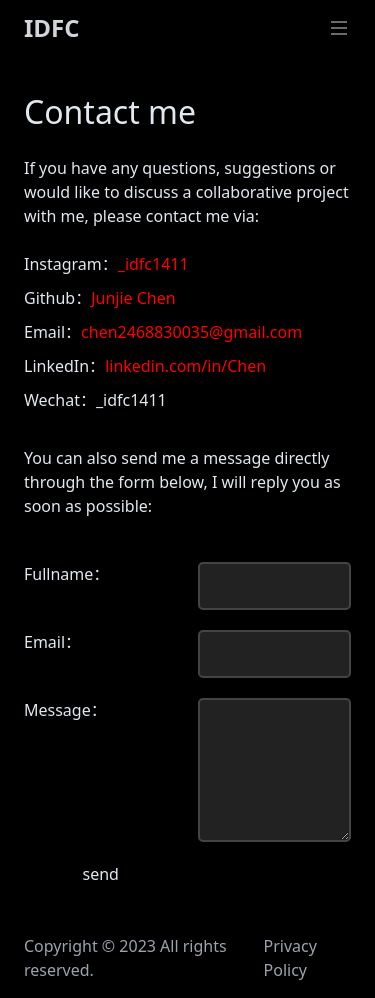
Repository: skybainiao/HackerStarter
Page: htmlFile/me.html
These files come from the project's save history. The page is drawn as it stood at one moment and after the next save; the edit follows.
The browser window is 375 px wide. The pictures show the whole page.

Above is the page before, as saved 2023-04-09 17:56:25.

After the next save:
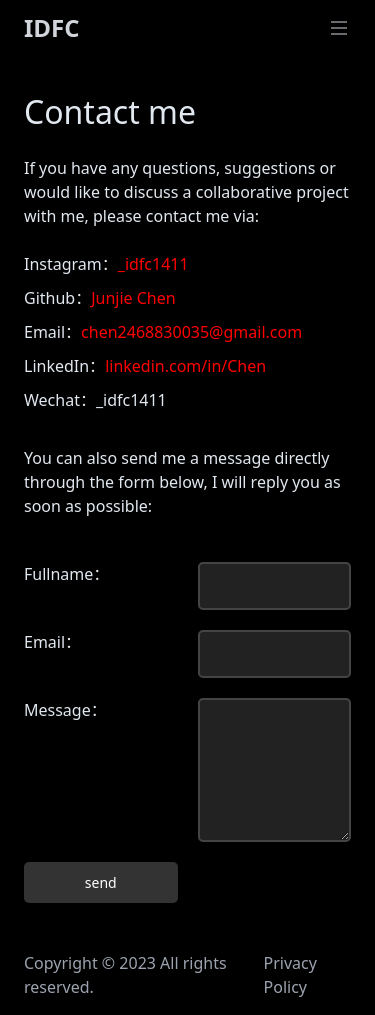
Saved 2 min 38 s later.
--- a/htmlFile/me.html
+++ b/htmlFile/me.html
@@ -79,6 +79,32 @@
 
 
   <style>
+
+/* 自定义按钮样式 */
+#send {
+    background-color: #333;
+    color: #fff;
+    padding: 12px 24px;
+    border: none;
+    border-radius: 5px;
+    cursor: pointer;
+    font-size: 16px;
+    transition: background-color 0.3s;
+}
+
+/* 悬停效果 */
+#send:hover {
+    background-color: #555;
+}
+
+/* 自适应效果 */
+@media screen and (max-width: 480px) {
+    #send {
+        font-size: 14px;
+        padding: 10px 20px;
+    }
+}
+
       /* 标题样式 */
 h1 {
     font-size: 2rem;
